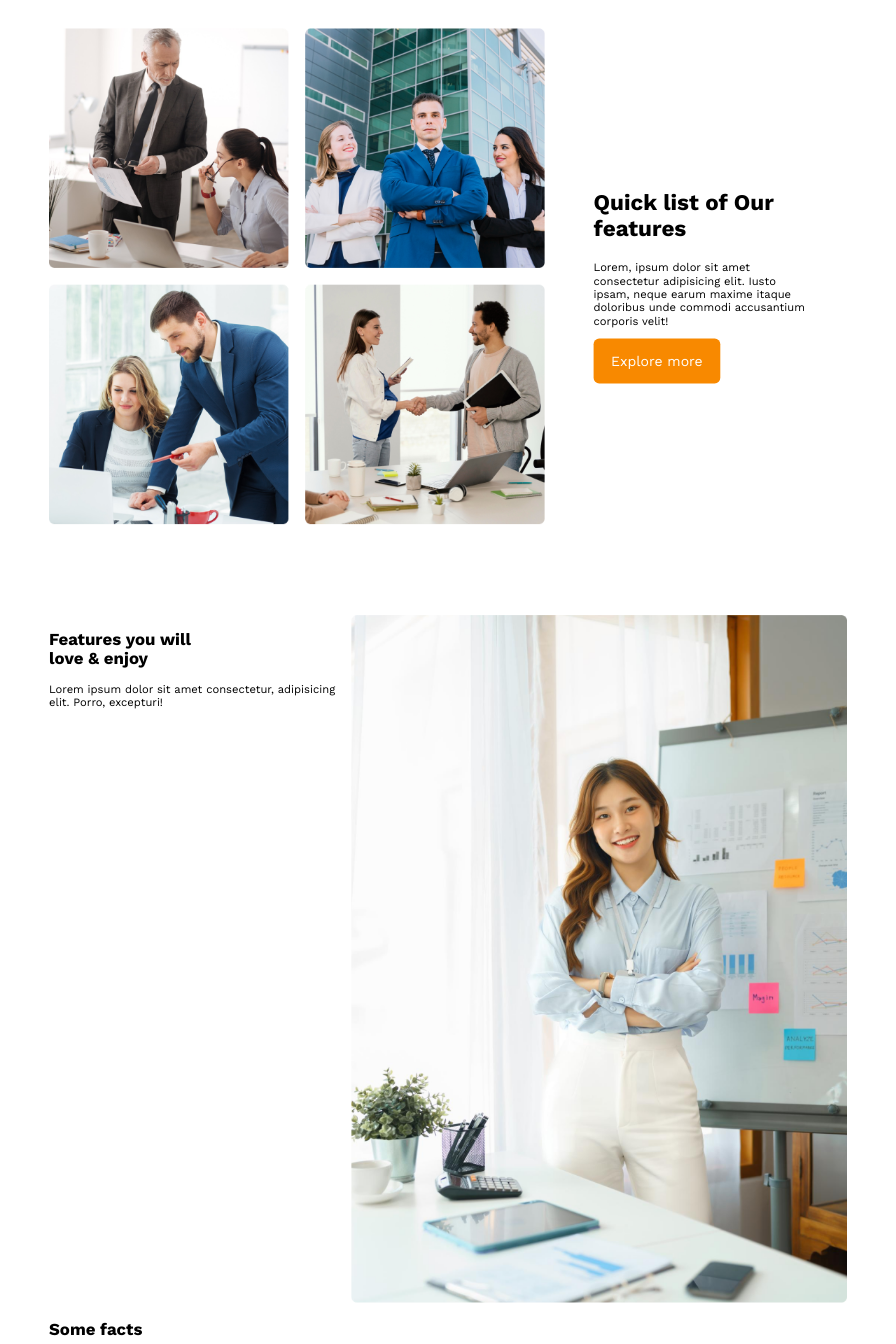
Repository: RudrasahaDibos/architects-resources
Page: index.html
These files come from the project's save history. The page is drawn as it stood at one moment and after the next save; the edit follows.
The browser window is 1280 px wide. The pictures show the part of the page from y = 1084 to 3004 px (the page is 3611 px tall), at 70% of full size.

Above is the page before, as saved 2024-10-07 21:56:06.

After the next save:
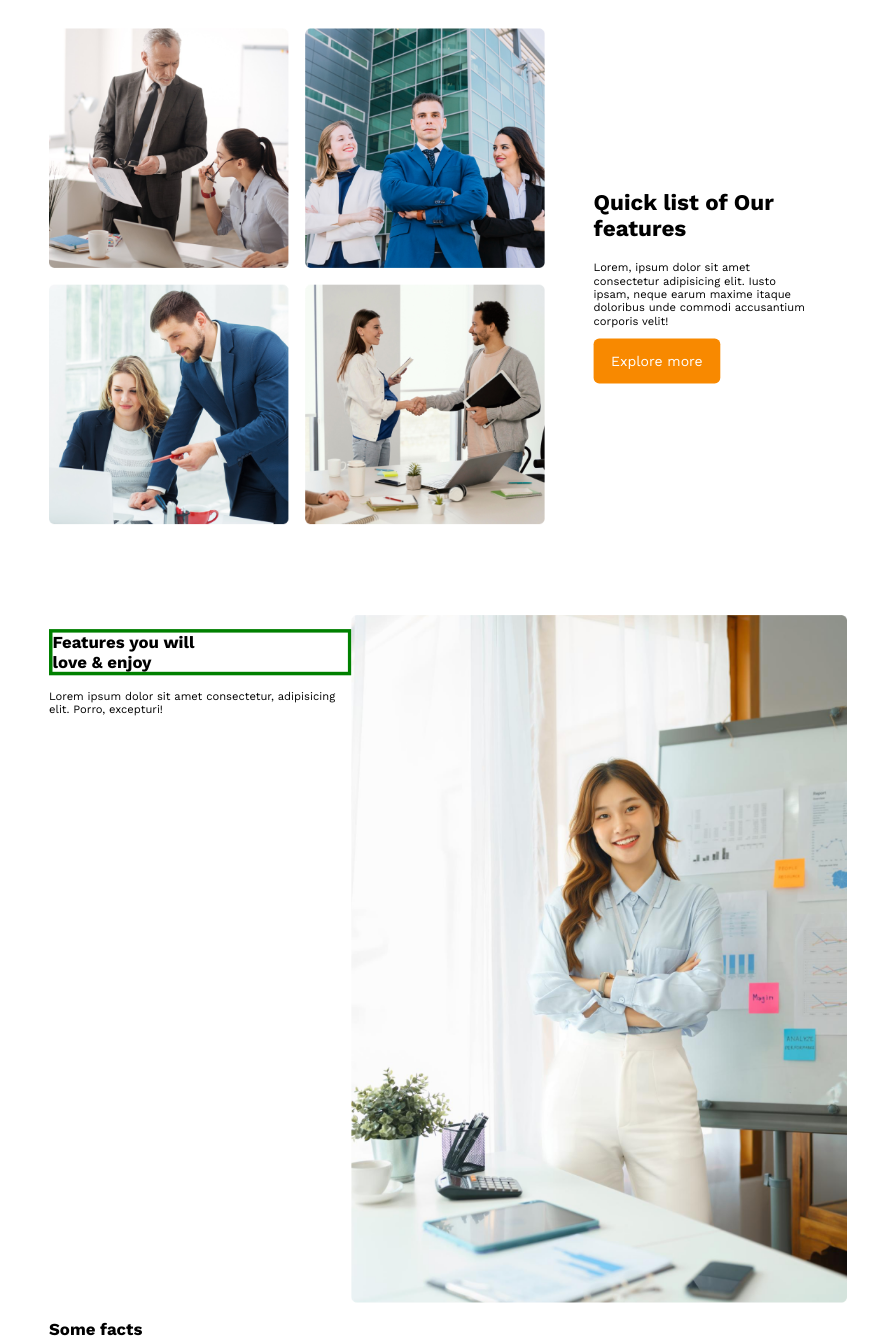
Saved 41 s later.
--- a/index.css
+++ b/index.css
@@ -101,7 +101,7 @@ nav li{
 
 }
 .features-title{
-    margin-left: 5px solid green;
+    border: 5px solid green;
 }
  /* some */
  .fact-card-container{
